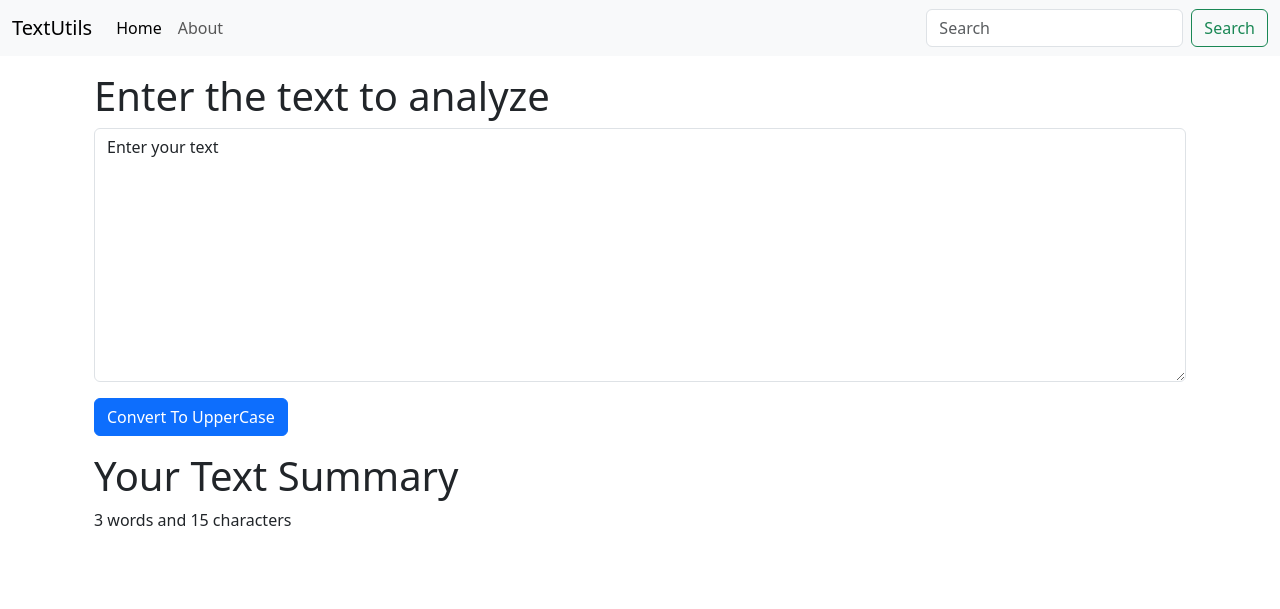
Repository: Rohit-foryou/Text-Utils
Page: /
These files come from the project's save history. The page is drawn as it stood at one moment and after the next save; the edit follows.
The browser window is 1280 px wide. The pictures show the whole page.
The project was rebuilt for these pictures with package versions that can differ from the ones it lists, and the page was loaded fresh each time. Also part of the build but not shown: src/index.css, src/App.css.

Above is the page before, as saved 2023-12-20 21:10:44.

After the next save:
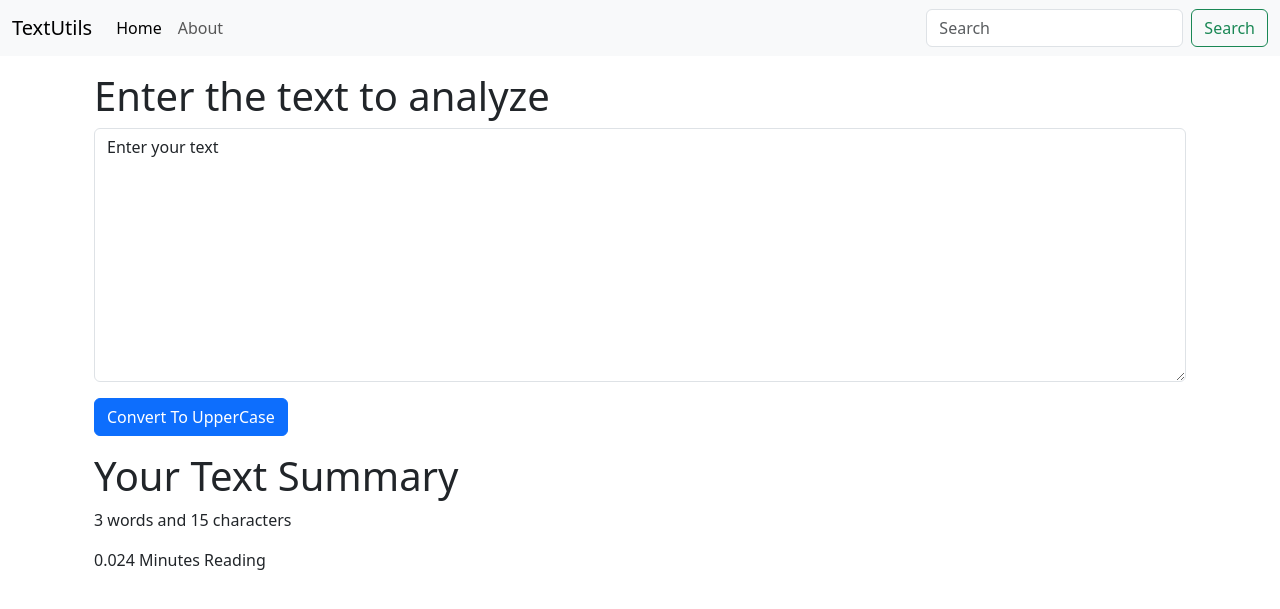
Saved 2 min 26 s later.
--- a/src/components/TextForm.js
+++ b/src/components/TextForm.js
@@ -24,6 +24,7 @@ export default function TextForm(props) {
     <div className="container my-3">
       <h1>Your Text Summary</h1>
       <p>{text.split(" ").length} words and {text.length} characters</p>
+      <p>{0.008*text.split(" ").length} Minutes Reading</p>
     </div>
     </>
   )
